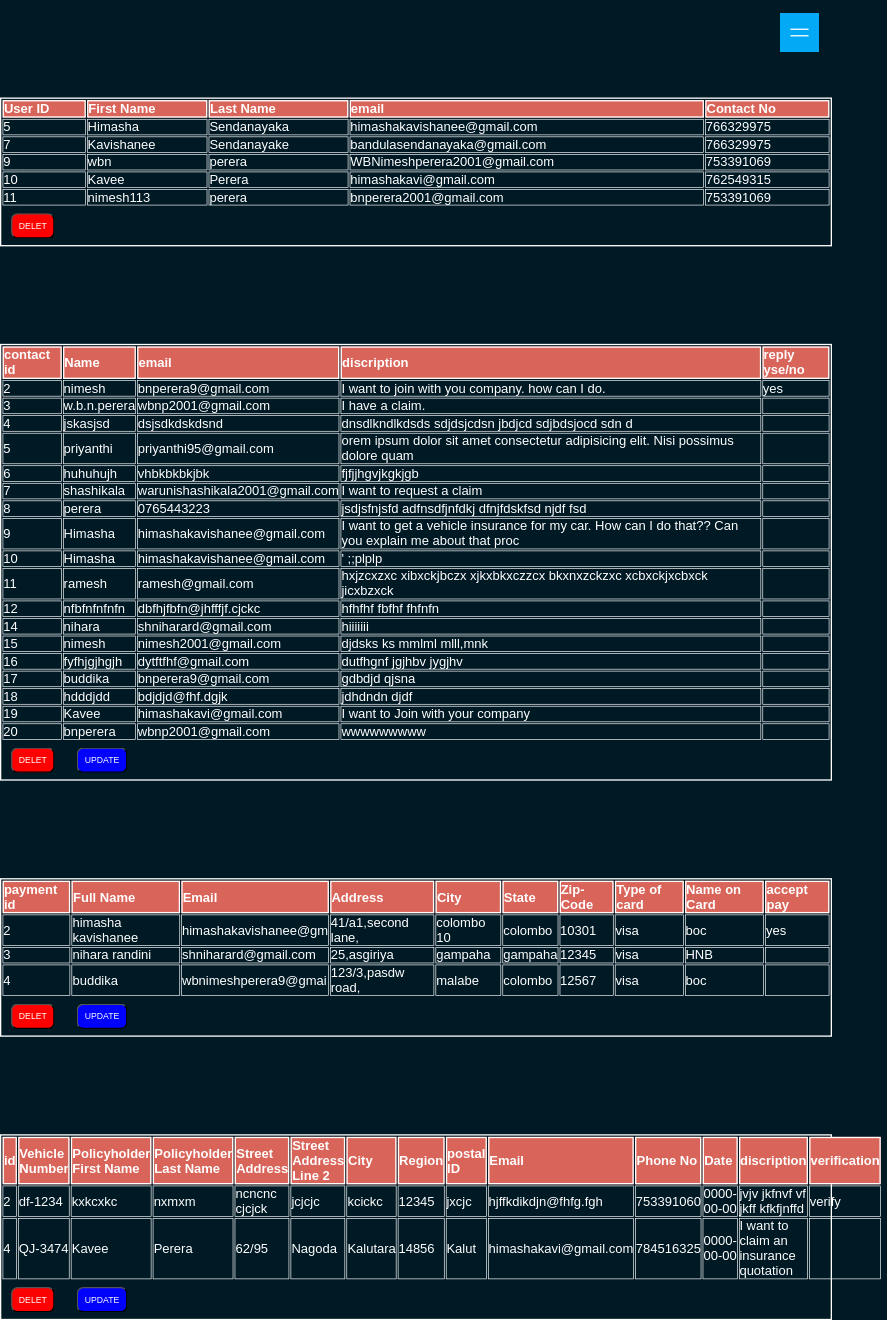
Repository: Nihara-R/Vehicle-Insurance-Portal
Page: http://localhost/admin.php
An editor plug-in stored every save of this project. The page is shown before and after the next save, followed by the edit.
The browser window is 1280 px wide. The page is 1357 px wide, then 1364 px, so the pictures cover 1364 px, including what lies to the right of the window. The pictures show the whole page, at 65% of full size.
The page is run by PHP 8.4 with error messages shown; the project is at /var/www/html/. The database holds what the project's SQL file puts in it.

Above is the page before, as saved 2023-06-27 14:11:59.

After the next save:
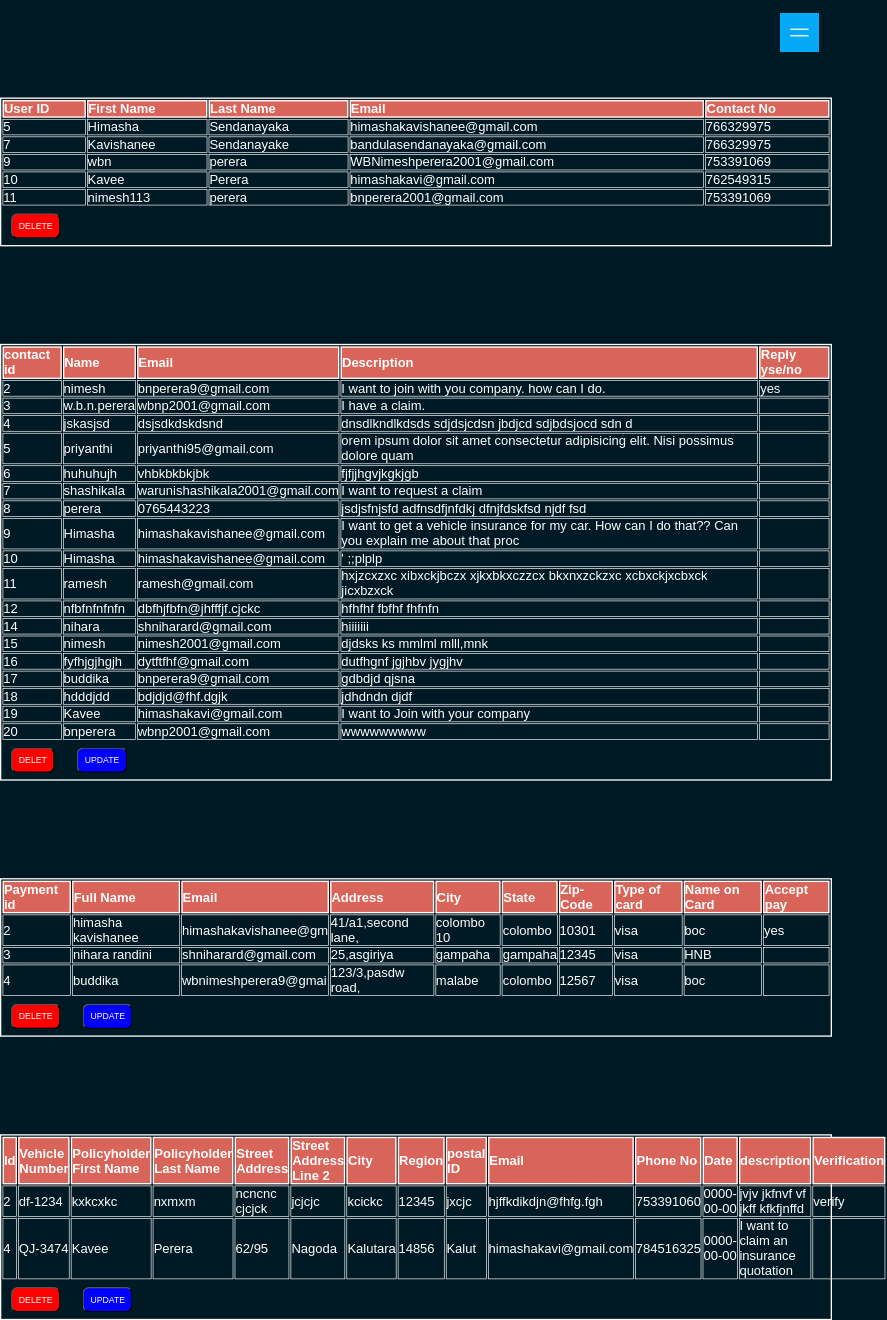
Saved 42 h 27 min later.
--- a/admin.php
+++ b/admin.php
@@ -14,9 +14,9 @@
     <div id="sidebar">
         <ul>
            <li><a href="index.php">home</a></li>
-           <li onclick="toggle0()"><a href="#">user</a></li>
+           <li onclick="toggle0()"><a href="#">User</a></li>
            <li onclick="toggle1()"><a href="#">Message</a></li>
-           <li onclick="toggle2()"><a href="#">payment</a></li>
+           <li onclick="toggle2()"><a href="#">Payment</a></li>
            <li onclick="toggle3()"><a href="#">claim</a></li>
         </ul>
     </div>
@@ -88,7 +88,7 @@
           <th>User ID</th>
           <th>First Name</th>
             <th>Last Name</th>
-            <th>email</th>
+            <th>Email</th>
             <th>Contact No</th>
 
         </tr>
@@ -112,7 +112,7 @@
         $connection-> close();
         ?>
         </table>
-        <a href="delet.php"><button type="button" name="button">DELET</button></a>
+        <a href="delet.php"><button type="button" name="button">DELETE</button></a>
 
     </div>
 
@@ -126,9 +126,9 @@
     <tr>
         <th>contact id</th>
         <th>Name</th>
-        <th>email</th>
-        <th>discription</th>
-        <th>reply yse/no</th>
+        <th>Email</th>
+        <th>Description</th>
+        <th>Reply yse/no</th>
     </tr>
 
     <?php
@@ -159,7 +159,7 @@
 <div id="showpay">
     <table>
     <tr>
-      <th>payment id</th>
+      <th>Payment id</th>
         <th>Full Name</th>
         <th>Email</th>
         <th>Address</th>
@@ -168,7 +168,7 @@
         <th>Zip-Code</th>
         <th>Type of card</th>
         <th>Name on Card</th>
-        <th>accept pay</th>
+        <th>Accept pay</th>
 
     </tr>
 
@@ -191,7 +191,7 @@
     $connection-> close();
     ?>
     </table>
-<a href="delete_payment.php"><button type="button" name="button">DELET</button></a>
+<a href="delete_payment.php"><button type="button" name="button">DELETE</button></a>
 <a href="paymentupdate.php"><button type="button" name="button" class="update">UPDATE</button></a>
 </div>
 
@@ -199,7 +199,7 @@
 <div id="sowclaim">
     <table>
     <tr>
-        <th>id</th>
+        <th>Id</th>
         <th>Vehicle Number</th>
         <th>Policyholder First Name</th>
         <th>Policyholder Last Name</th>
@@ -211,8 +211,8 @@
         <th>Email</th>
         <th>Phone No</th>
         <th>Date</th>
-        <th>discription</th>
-        <th>verification</th>
+        <th>description</th>
+        <th>Verification</th>
     </tr>
 
     <?php
@@ -234,7 +234,7 @@
     $connection-> close();
     ?>
     </table>
-<a href="delete_claim.php"><button type="button" name="button">DELET</button></a>
+<a href="delete_claim.php"><button type="button" name="button">DELETE</button></a>
 <a href="vehicleupdate.php"><button type="button" name="button" class="update">UPDATE</button></a>
 </div>
 
